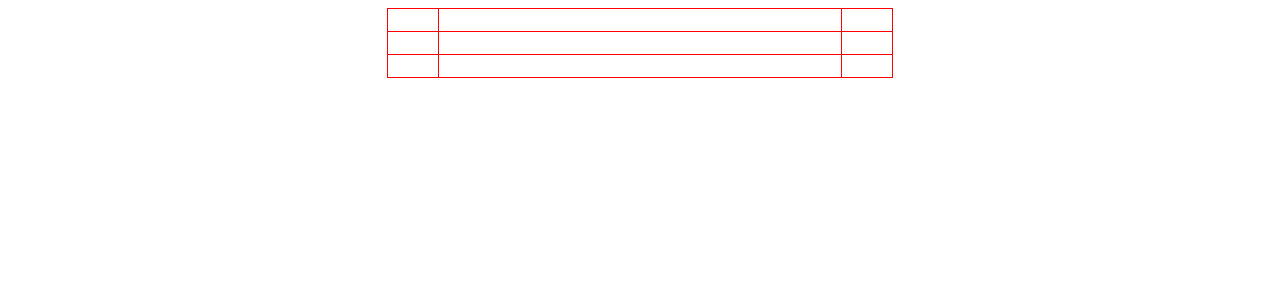
Repository: lbj0314/webTest
Page: Css_1/WebContent/css_8.html
The author's editor kept a copy of each file at every save. The page is drawn from the files as they stood at one save, then again after the next save.
The browser window is 1280 px wide. The pictures show the whole page.

Above is the page before, as saved 2019-10-16 06:35:20.

### Css_1/WebContent/css_8.html
<!DOCTYPE html>
<html>
<head>
<meta charset="UTF-8">
<title>Insert title here</title>
<style type="text/css">
.t1 {
	width: 40%;
	border: 1px solid red;
	border-spacing: 0px;
	border-collapse: collapse;
	margin: 0 auto;
}

td {
	height: 20px;
	border: 1px solid red;
}
.td2 {
	width: 80%;
}
]
</style>
</head>
<body>
	<table class="t1">
		<tr>
			<td></td>
			<td class="td2"></td>
			<td></td>
		</tr>
		<tr>
			<td></td>
			<td></td>
			<td></td>
		</tr>
		<tr>
			<td></td>
			<td></td>
			<td></td>
		</tr>
	</table>


</body>
</html>

After the next save:
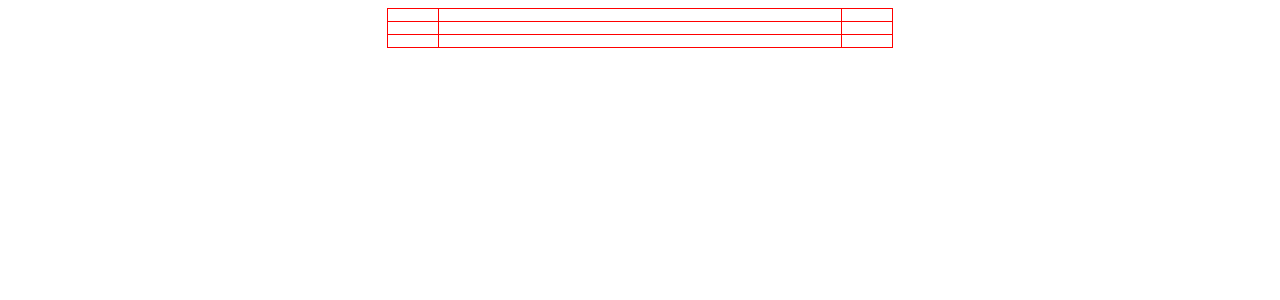
Saved 5 s later.
--- a/Css_1/WebContent/css_8.html
+++ b/Css_1/WebContent/css_8.html
@@ -13,7 +13,7 @@
 }
 
 td {
-	height: 20px;
+	height: 10px;
 	border: 1px solid red;
 }
 .td2 {
